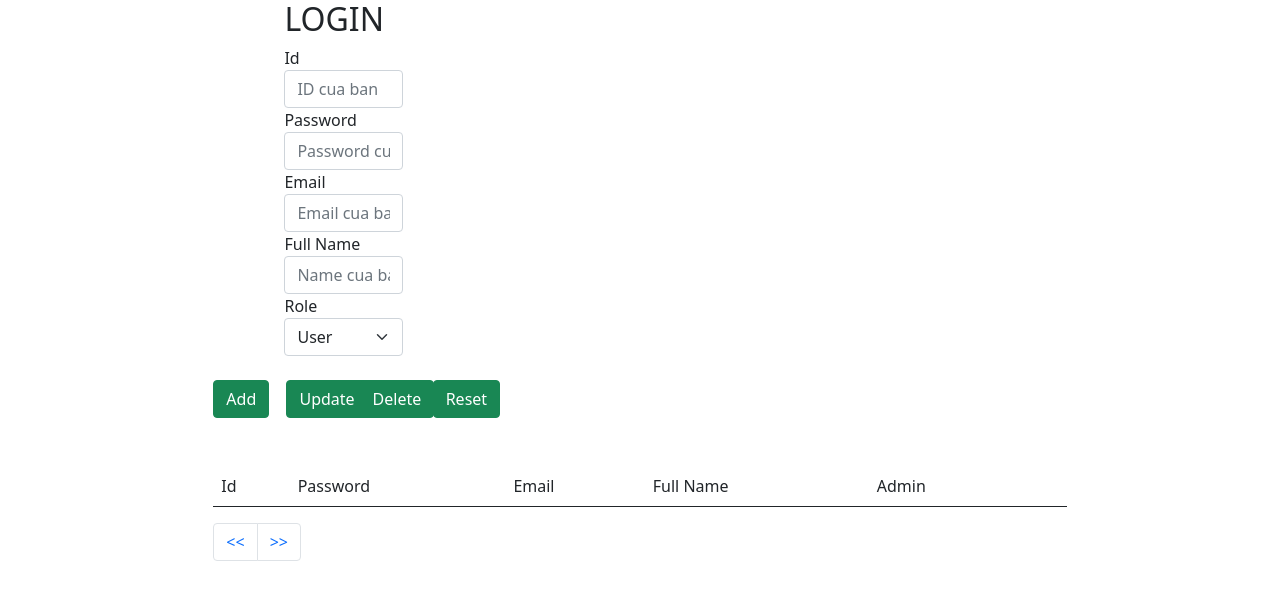
Repository: kiennd3921/AssJava4
Page: http://localhost/Assignment/view/auth/index.jsp
These files come from the project's save history. The page is drawn as it stood at one moment and after the next save; the edit follows.
The browser window is 1280 px wide. The pictures show the whole page.
The page is served by Tomcat 9. Other server files are loaded and not shown. The template is opened directly, without the code that normally fills it, so the values that code supplies are empty.

Above is the page before, as saved 2021-04-17 17:43:48.

### PT15307-UD/Assignment/WebContent/view/auth/index.jsp
<%@ page language="java" contentType="text/html; charset=UTF-8"
	pageEncoding="UTF-8"%>
<!DOCTYPE html>
<html>
<head>
<meta charset="UTF-8">
<title>QL Users</title>
<%@ taglib uri="http://java.sun.com/jstl/core_rt" prefix="c"%>
<link
	href="https://cdn.jsdelivr.net/npm/bootstrap@5.0.0-beta2/dist/css/bootstrap.min.css"
	rel="stylesheet"
	integrity="sha384-BmbxuPwQa2lc/FVzBcNJ7UAyJxM6wuqIj61tLrc4wSX0szH/Ev+nYRRuWlolflfl"
	crossorigin="anonymous">
</head>
<body>
	<div class="col-8 offset-2">
		<div class="row col-md-4">
			<form action="${user}" method="post" class="col-6 offset-3">
				<h2>LOGIN</h2>
				<div class="form-group">
					<label>Id</label> <input type="text" name="id" value="${user.id}" class="form-control"
						placeholder="ID cua ban" required name="">
				</div>
				<div class="form-group">
					<label>Password</label> <input type="password" name="password" value="${user.password}" class="form-control"
						placeholder="Password cua ban" required name="">
				</div>
				<div class="form-group">
					<label>Email</label> <input type="email" name="email" value="${user.email}" class="form-control"
						placeholder="Email cua ban" required name="">
				</div>

				<div class="form-group">
					<label>Full Name</label> <input type="text" name="fullname" value="${user.fullname}" class="form-control"
						placeholder="Name cua ban" required name="">
				</div>
				<div>
					<label>Role</label> <select class="form-select" id="role"
						name="role">
						<option ${ user.role == 1 ? "selected" : "" } value="1">User</option>
						<option ${ user.role == 0 ? "selected" : "" } value="2">Admin</option>
					</select>
				</div>
			</form>
		</div>


		<div class="mt-4 row">
			<div class="col-md-1">
				<button class="btn btn-success">Add</button>
			</div>
			<div class="col-md-1">
				<button class="btn btn-success">Update</button>
			</div>
			<div class="col-md-1">
				<button class="btn btn-success">Delete</button>
			</div>
			<div class="col-md-1">
				<button class="btn btn-success">Reset</button>
			</div>

		</div>
		<div class="mt-5 table-responsive">
			<table class="table table-striped">
				<thead>
					<tr>
						<td>Id</td>
						<td>Password</td>
						<td>Email</td>
						<td>Full Name</td>
						<td>Admin</td>
						<td></td>
					</tr>
				</thead>
				<tbody>
					<c:forEach var="user" items="${ listUser }">
						<tr>
							<td>${ user.id }</td>
							<td>${ user.password }</td>
							<td>${ user.email }</td>
							<td>${ user.fullname }</td>
							<td>${ user.admin }</td>
							<td><a href="${user }/edit?id=${ user.id }"
								class="btn btn-primary">Edit</a></td>
						</tr>
					</c:forEach>
				</tbody>
			</table>

			<ul class="pagination">
				<li class="page-item"><a class="page-link"
					href="/PT15307-UD/users?page=${ page - 1 }"> << </a></li>
				<li class="page-item"><a class="page-link"
					href="/PT15307-UD/users?page=${ page + 1 }"> >> </a></li>
			</ul>
		</div>
	</div>
</body>
</html>

After the next save:
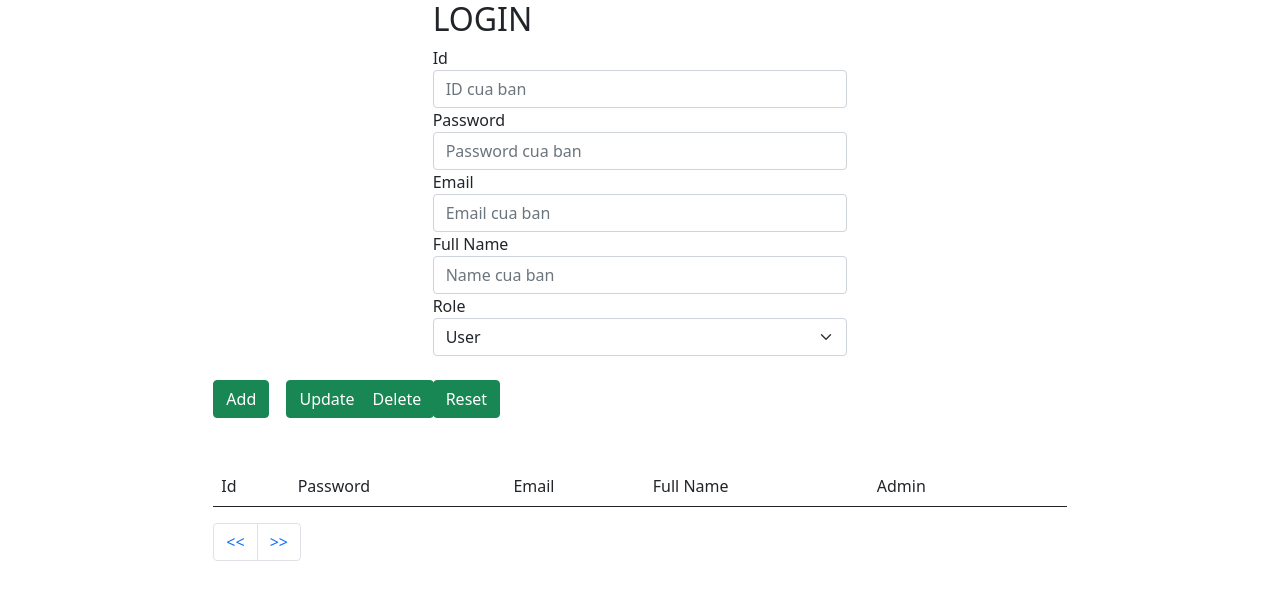
Saved 64 s later.
--- a/PT15307-UD/Assignment/WebContent/view/auth/index.jsp
+++ b/PT15307-UD/Assignment/WebContent/view/auth/index.jsp
@@ -14,7 +14,7 @@
 </head>
 <body>
 	<div class="col-8 offset-2">
-		<div class="row col-md-4">
+		<div class="row col-mb-3">
 			<form action="${user}" method="post" class="col-6 offset-3">
 				<h2>LOGIN</h2>
 				<div class="form-group">
